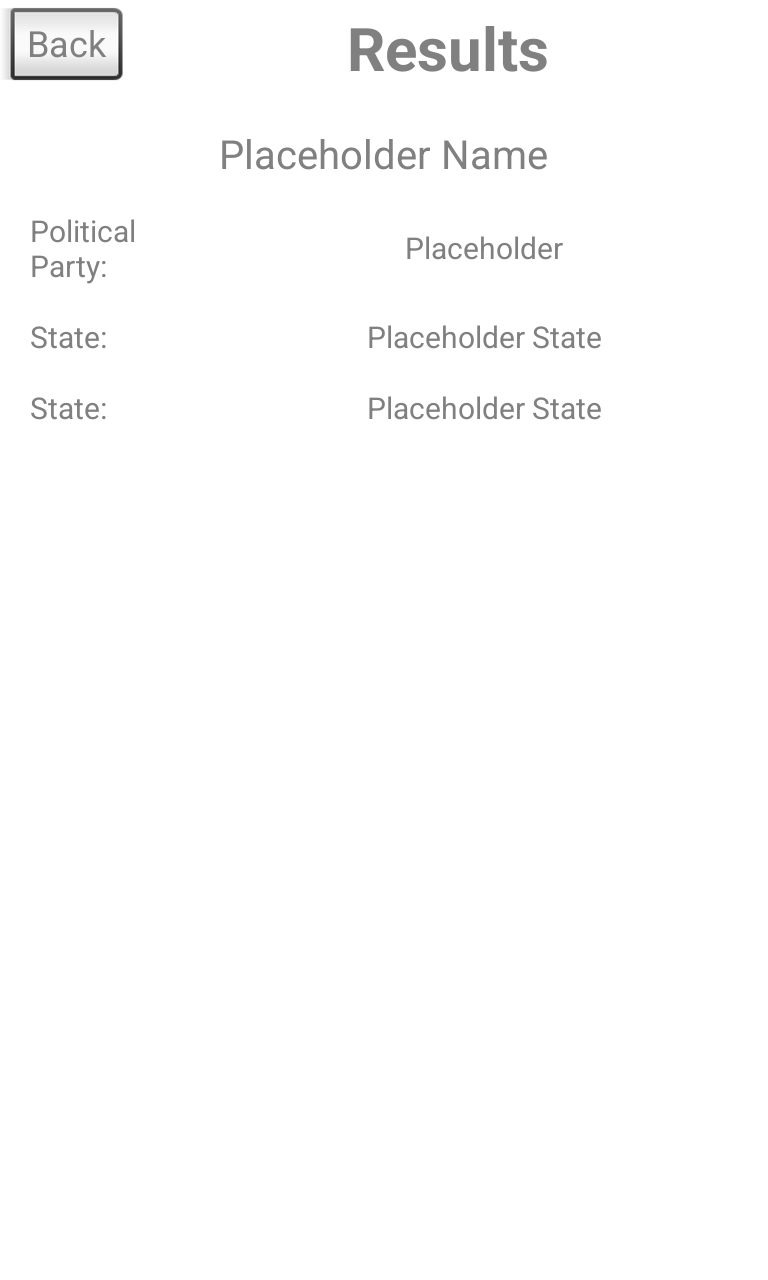
Repository: scottcaruso/Java_I_1307_Week4
Layout: myGov/res/layout/politician_display.xml
An editor plug-in stored every save of this project. The layout is shown before and after a run of saves, followed by the edit.
It is drawn on a 768 x 1280 px phone screen (xhdpi) without system bars, with theme AppTheme; the app's code is not run.

Above is the layout before, as saved 2013-08-01 21:14:58.

After the next 2 saves:
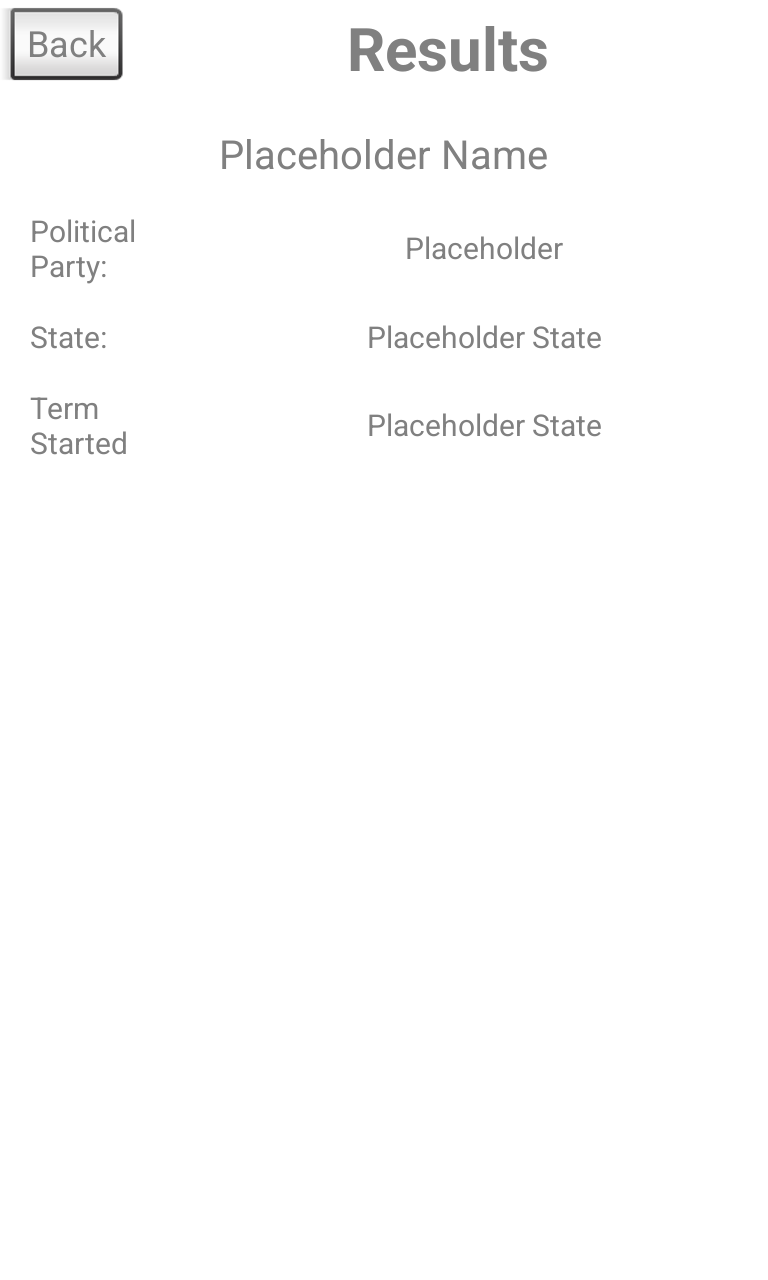
The 2 saves are shown as one change because they came seconds apart.
The last was saved 11 s later.
--- a/myGov/res/layout/politician_display.xml
+++ b/myGov/res/layout/politician_display.xml
@@ -97,11 +97,11 @@
          android:orientation="horizontal" >
 
          <TextView
-             android:id="@+id/statelabel"
+             android:id="@+id/termLabel"
              android:layout_width="85dp"
              android:layout_height="wrap_content"
              android:layout_marginLeft="15dp"
-             android:hint="@string/state_"
+             android:hint="Term Started"
              android:textSize="15sp" />
 
          <TextView
